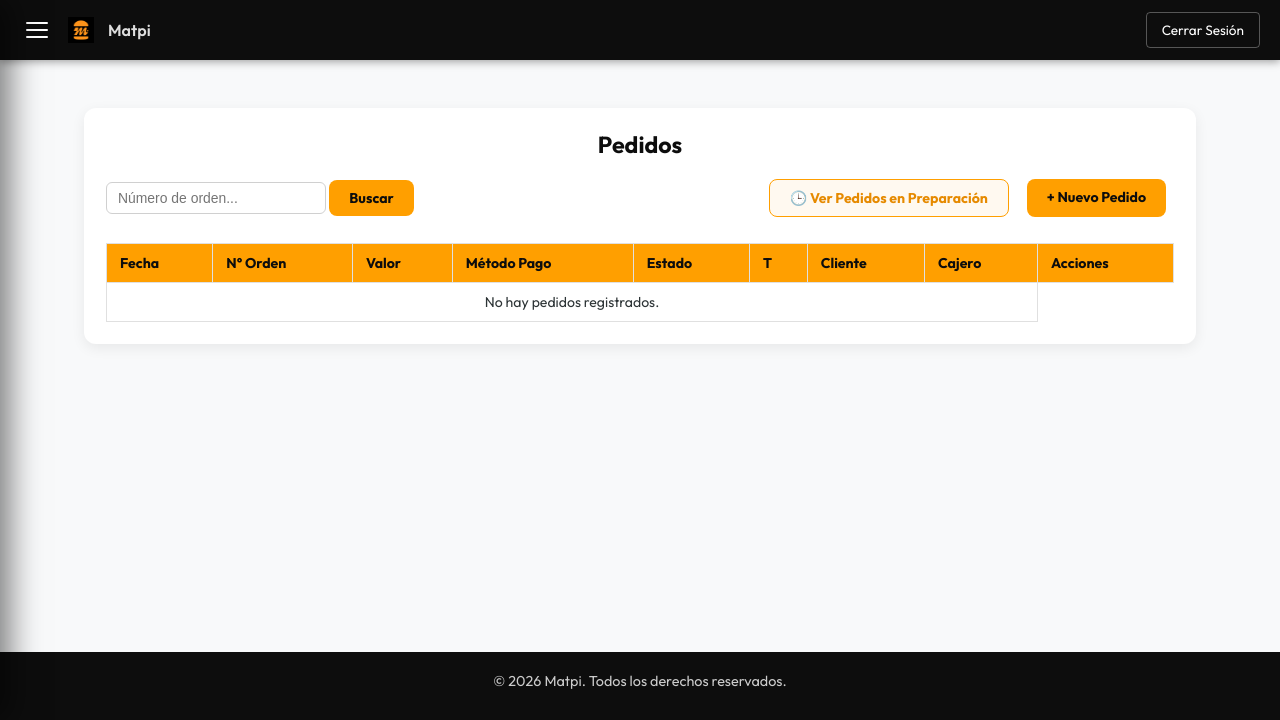
Repository: JuanFelipeNieto/MATPI-Python
Page: MATPI/Pedidos/templates/pedidos/listar.html
These files come from the project's save history. The page is drawn as it stood at one moment and after the next save; the edit follows.
The browser window is 1280 px wide. The pictures show the whole page.
The template is drawn by Django 5.2. The application's start-up code is not run. Other server files are loaded and not shown. The template is opened directly, without the code that normally fills it, so the values that code supplies are empty.

Above is the page before, as saved 2026-03-20 20:15:25.

### MATPI/Pedidos/templates/pedidos/listar.html
{% extends 'base.html' %}

{% block title %}Pedidos — Matpi{% endblock %}

{% block content %}
<div class="formulario-seccion">
    <h1>Pedidos</h1>

    <div class="form-busqueda">
        <div class="buscador-izq">
            <form method="GET" action="{% url 'listar_pedidos' %}">
                <input type="text" name="buscar" placeholder="Número de orden..." value="{{ buscar|default:'' }}">
                <button type="submit" class="btn btn-guardar">Buscar</button>
            </form>
        </div>
        <div style="display: flex; gap: 10px;">
            {% if es_admin %}
            <a href="{% url 'cocina' %}" target="_blank" class="btn btn-negro" style="background: #0d0d0d; color: #ff9f00; border: 1px solid #ff9f00;">📺 Pantalla Cocina</a>
            {% endif %}
            <a href="{% url 'pedidos_pendientes' %}" class="btn btn-azul" style="background: #fff9f0; border: 1px solid #ff9f00; color: #e68a00;">🕒 Ver Pedidos en Preparación</a>
            <a href="{% url 'mostrar_registro_pedido' %}" class="btn btn-guardar">+ Nuevo Pedido</a>
        </div>
    </div>

    <div class="table-responsive">
        <table class="custom-table">
            <thead>
                <tr>
                    <th>Fecha</th>
                    <th>N° Orden</th>
                    <th>Valor</th>
                    <th>Método Pago</th>
                    <th>Estado</th>
                    <th>T</th>
                    <th>Cliente</th>
                    <th>Cajero</th>
                    <th>Acciones</th>
                </tr>
            </thead>
            <tbody>
                {% for pedido in pedidos %}
                <tr>
                    <td>{{ pedido.fecha }}</td>
                    <td>{{ pedido.numero_orden }}</td>
                    <td>${{ pedido.valor }}</td>
                    <td>{{ pedido.metodo_pago }}</td>
                    <td>{% if pedido.estado %}Activo{% else %}Completado{% endif %}</td>
                    <td>
                        {% if pedido.estado %}
                        <span class="tiempo-prep" data-inicio="{{ pedido.fecha.isoformat }}" style="font-weight: bold; color: #d62828;">...</span>
                        {% else %}—{% endif %}
                    </td>
                    <td>{{ pedido.cliente.nombre_completo|default:"—" }}</td>
                    <td>{{ pedido.cajero|default:"—" }}</td>
                    <td class="acciones">
                        <a href="{% url 'detalles_pedido' pedido.id %}" class="btn-editar" style="background-color: #64748b;">Ver</a>
                        <a href="{% url 'pre_editar_pedido' pedido.id %}" class="btn-editar">Editar</a>
                    </td>
                </tr>
                {% empty %}
                <tr>
                    <td colspan="8" style="text-align:center;">No hay pedidos registrados.</td>
                </tr>
                {% endfor %}
            </tbody>
        </table>
    </div>
</div>

<script>
    function actualizarTiemposListar() {
        const ahora = new Date();
        document.querySelectorAll('.tiempo-prep').forEach(elemento => {
            const fechaInicio = new Date(elemento.getAttribute('data-inicio'));
            const diferencia = ahora - fechaInicio;
            const minutos = Math.floor(diferencia / 60000);
            elemento.innerText = `${minutos}m`;
        });
    }
    setInterval(actualizarTiemposListar, 60000);
    actualizarTiemposListar();
</script>
{% endblock %}

### MATPI/templates/base.html
{% load static %}
<!DOCTYPE html>
<html lang="es">

<head>
    <meta charset="UTF-8">
    <meta name="viewport" content="width=device-width, initial-scale=1.0">
    <title>{% block title %}Matpi{% endblock %}</title>
    <link rel="icon" href="{% static 'img/Favicon.png' %}">
    <link rel="preconnect" href="https://fonts.googleapis.com">
    <link rel="preconnect" href="https://fonts.gstatic.com" crossorigin>
    <link href="https://fonts.googleapis.com/css2?family=Outfit:wght@300;400;600;700&display=swap" rel="stylesheet">
    <link rel="stylesheet" href="{% static 'css/matpi.css' %}">
    {% block extra_css %}{% endblock %}
</head>

<body>

    <div class="sidebar-overlay" id="sidebarOverlay"></div>

    <aside class="sidebar" id="sidebar">
        <button class="sidebar-close-btn" id="sidebarCloseBtn" title="Cerrar menú">✕</button>

        <div class="sidebar-header">
            <a href="{% url 'dashboard' %}" class="sidebar-header-link">
                <img src="{% static 'img/Logomatpi.png' %}" alt="Matpi" class="sidebar-logo">
                <span class="sidebar-brand">Matpi</span>
            </a>
        </div>

        <nav class="sidebar-nav">
            <div class="nav-section">
                <span class="nav-section-label">General</span>
                <a href="{% url 'dashboard' %}" class="sidebar-link" title="Dashboard">
                    <span class="sidebar-icon">🏠</span>
                    <span class="sidebar-label">Dashboard</span>
                </a>
            </div>

            <div class="nav-section">
                <span class="nav-section-label">Operaciones</span>
                <a href="{% url 'listar_pedidos' %}" class="sidebar-link" title="Pedidos">
                    <span class="sidebar-icon">📋</span>
                    <span class="sidebar-label">Pedidos</span>
                </a>
                <a href="{% url 'listar_facturas' %}" class="sidebar-link" title="Facturas">
                    <span class="sidebar-icon">💰</span>
                    <span class="sidebar-label">Facturas</span>
                </a>
                <a href="{% url 'listar_reservas' %}" class="sidebar-link" title="Reservas">
                    <span class="sidebar-icon">🪑</span>
                    <span class="sidebar-label">Reservas</span>
                </a>
                <a href="{% url 'listar_clientes' %}" class="sidebar-link" title="Clientes">
                    <span class="sidebar-icon">👥</span>
                    <span class="sidebar-label">Clientes</span>
                </a>
            </div>

            <div class="nav-section">
                <span class="nav-section-label">Inventario</span>
                <a href="{% url 'listar_productos' %}" class="sidebar-link" title="Productos">
                    <span class="sidebar-icon">🍔</span>
                    <span class="sidebar-label">Productos</span>
                </a>
                <a href="{% url 'listar_materia_prima' %}" class="sidebar-link" title="Materia Prima">
                    <span class="sidebar-icon">🥬</span>
                    <span class="sidebar-label">Materia Prima</span>
                </a>
                <a href="{% url 'listar_proveedores' %}" class="sidebar-link" title="Proveedores">
                    <span class="sidebar-icon">🚚</span>
                    <span class="sidebar-label">Proveedores</span>
                </a>
            </div>

            {% if es_admin %}
            <div class="nav-section">
                <span class="nav-section-label">Administración</span>
                <a href="{% url 'listar_usuarios' %}" class="sidebar-link" title="Gestión de Cajeros">
                    <span class="sidebar-icon">👤</span>
                    <span class="sidebar-label">Cajeros</span>
                </a>
            </div>
            {% endif %}

        </nav>

        <a href="{% url 'ver_perfil' request.session.usuario_id %}" class="sidebar-footer" title="Mi Perfil">
            <div class="user-avatar-mini" style="width: 35px; height: 35px; background: var(--primary); border-radius: 10px; display: flex; align-items: center; justify-content: center; font-size: 1.2rem; color: var(--black); font-weight: bold; flex-shrink: 0;">
                👤
            </div>
            <div class="sidebar-label" style="overflow: hidden; text-overflow: ellipsis; white-space: nowrap;">
                <span style="display: block; color: var(--white); font-weight: 600;">{{ request.session.usuario_nombre|default:"Usuario" }}</span>
                <small style="font-size: 0.65rem; color: var(--primary); font-weight: 800; text-transform: uppercase;">
                    {% if es_admin %}ADMINISTRADOR{% else %}CAJERO{% endif %}
                </small>
            </div>
        </a>
    </aside>

    <div class="page-wrapper" id="pageWrapper">
        <header class="topbar">
            <button class="topbar-menu-btn" id="topbarMenuBtn" title="Abrir menú">
                <span class="hamburger-line"></span>
                <span class="hamburger-line"></span>
                <span class="hamburger-line"></span>
            </button>
            <a href="{% url 'dashboard' %}" class="topbar-logo-link">
                <img src="{% static 'img/Logomatpi.png' %}" alt="Matpi" class="topbar-logo">
            </a>
            <span class="topbar-title">Matpi</span>

            <a href="{% url 'logout' %}" class="logout-btn" style="margin-left: auto; color: white; text-decoration: none; padding: 8px 15px; font-size: 0.85em; border: 1px solid rgba(255,255,255,0.3); border-radius: 4px;" onclick="return confirm('¿Estás seguro de que deseas cerrar sesión?');">Cerrar Sesión</a>
        </header>

        <main>
            {% if messages %}
                <div class="messages-container" style="padding: 15px 20px 0 20px;">
                    {% for message in messages %}
                        <div class="alert alert-{{ message.tags }}"
                             style="padding: 12px; margin-bottom: 10px; border-radius: 6px; border-left: 5px solid
                                    {% if message.tags == 'error' %} #721c24; background-color: #f8d7da; color: #721c24;
                                    {% elif message.tags == 'success' %} #155724; background-color: #d4edda; color: #155724;
                                    {% else %} #856404; background-color: #fff3cd; color: #856404; {% endif %}">
                            {{ message }}
                        </div>
                    {% endfor %}
                </div>
            {% endif %}

            <div class="content-body" style="padding: 20px;">
                {% block content %}{% endblock %}
            </div>
        </main>

        <footer>
            <p>© 2026 Matpi. Todos los derechos reservados.</p>

        </footer>
    </div>

    <script>
        (function () {
            const sidebar = document.getElementById('sidebar');
            const overlay = document.getElementById('sidebarOverlay');
            const openBtn = document.getElementById('topbarMenuBtn');
            const closeBtn = document.getElementById('sidebarCloseBtn');

            function openSidebar() {
                sidebar.classList.add('open');
                overlay.classList.add('active');
                document.body.classList.add('sidebar-open');
            }

            function closeSidebar() {
                sidebar.classList.remove('open');
                overlay.classList.remove('active');
                document.body.classList.remove('sidebar-open');
            }

            openBtn.addEventListener('click', openSidebar);
            closeBtn.addEventListener('click', closeSidebar);
            overlay.addEventListener('click', closeSidebar);

            // Resaltar link activo
            const currentPath = window.location.pathname;
            document.querySelectorAll('.sidebar-link').forEach(function (link) {
                const href = link.getAttribute('href');
                // Si estamos en la raíz del dashboard o en una sub-url del módulo
                if (href === currentPath || (href !== '/' && currentPath.startsWith(href))) {
                    link.classList.add('active');
                }
            });
        })();
    </script>

</body>
</html>

Loaded but not shown: MATPI/static/css/matpi.css (795 lines, source omitted)

After the next save:
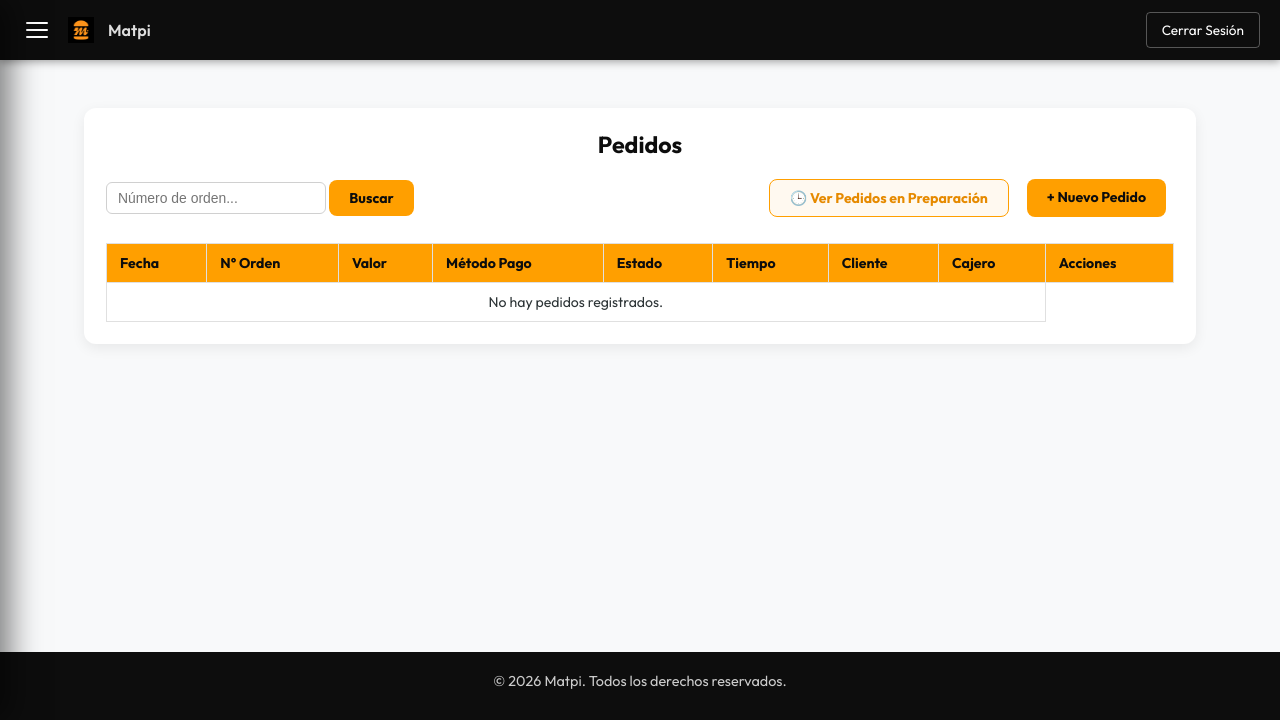
Saved 7 s later.
--- a/MATPI/Pedidos/templates/pedidos/listar.html
+++ b/MATPI/Pedidos/templates/pedidos/listar.html
@@ -31,7 +31,7 @@
                     <th>Valor</th>
                     <th>Método Pago</th>
                     <th>Estado</th>
-                    <th>T</th>
+                    <th>Tiempo</th>
                     <th>Cliente</th>
                     <th>Cajero</th>
                     <th>Acciones</th>
